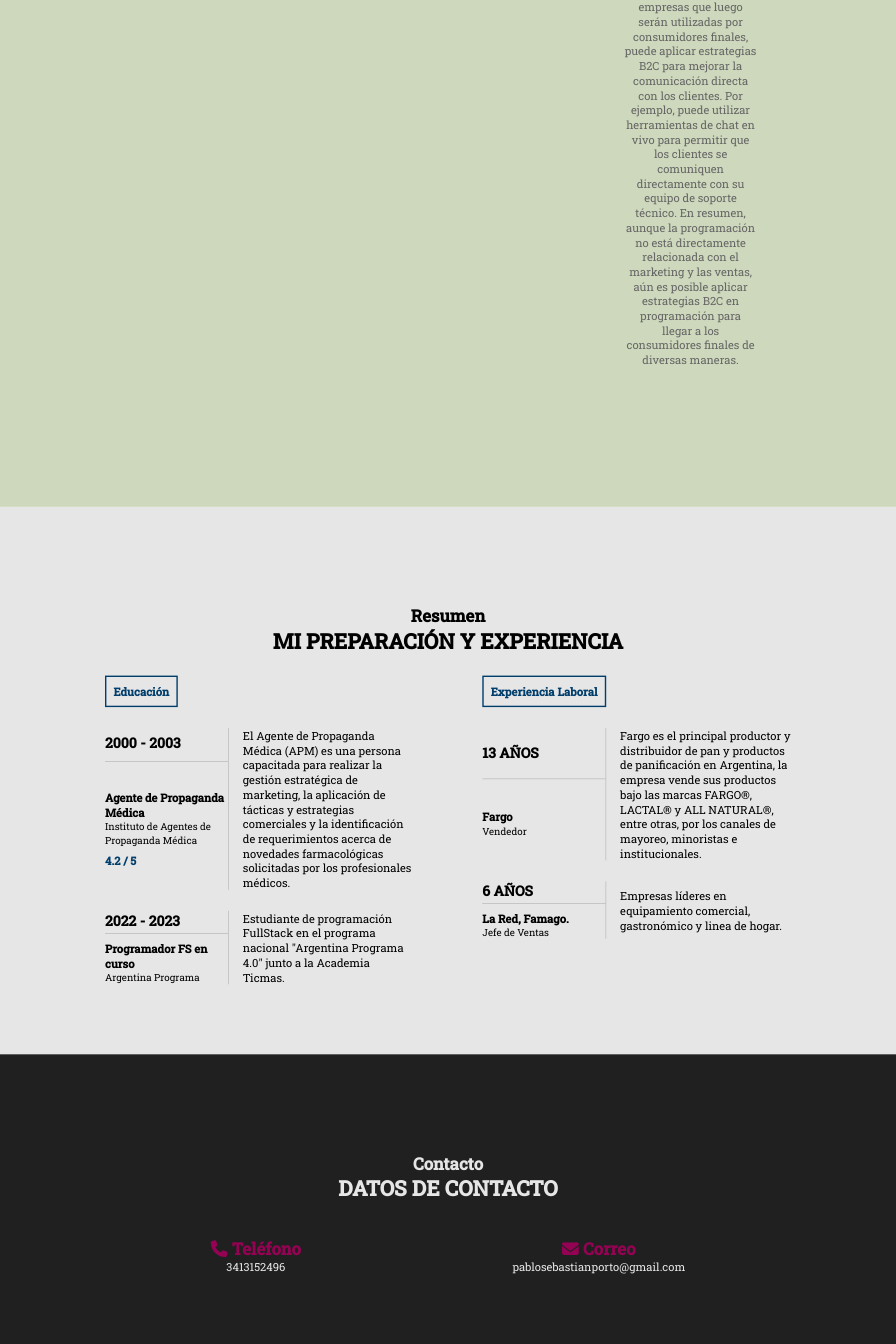
Repository: PabloSebastianPorto/Entrega-CV-1-ARG-PROG
Page: CVFINAL/CVfinal.HTML
An editor plug-in stored every save of this project. The page is shown before and after the next save, followed by the edit.
The browser window is 1280 px wide. The pictures show the part of the page from y = 2223 to 4143 px (the page is 4143 px tall), at 70% of full size.
Some web libraries are served in a nearby version.

Above is the page before, as saved 2023-02-28 12:20:21.

### CVFINAL/CVfinal.HTML
<!DOCTYPE html>
<html lang="es">
  <head>
    <meta charset="UTF-8" />
    <meta http-equiv="X-UA-Compatible" content="IE=edge" />
    <meta name="viewport" content="width=device-width, initial-scale=1.0" />
    <title>Document</title>
    <link
      rel="stylesheet"
      href="https://cdnjs.cloudflare.com/ajax/libs/font-awesome/6.3.0/css/all.min.css"
      integrity="sha512-SzlrxWUlpfuzQ+pcUCosxcglQRNAq/DZjVsC0lE40xsADsfeQoEypE+enwcOiGjk/bSuGGKHEyjSoQ1zVisanQ=="
      crossorigin="anonymous"
      referrerpolicy="no-referrer"
    />
    <link rel="stylesheet" href="CVfinal.css" />
    <title>CV Pablo Sebastián Porto</title>
  </head>
  <body>
    <section class="inicio" id="inicio">
      <div class="contenido-seccion">
        <header>
          <div class="nav-clas"></div>
          <i class="fa-solid fa-bars"></i>
          <nav id="nav" class="nav">
            <a href="#Inicio">Inicio</a>
            <a href="#Sobre Mí">Sobre Mí</a>
            <a href="#Historial">Historial Laboral</a>
            <a href="#Contacto">Contacto</a>
          </nav>
        </header>
        <div class="info">
          <h1>PABLO SEBASTIÁN PORTO</h1>
          <h2>
            Agente de Propaganda Médica, Vendedor Profesional, Desarrollador
            front-end JR
          </h2>
          <div class="redes">
            <a href="#"><i class="fa-brands fa-twitter"></i></a>
            <a href="#"><i class="fa-brands fa-facebook"></i></a>
            <a href="#"><i class="fa-brands fa-instagram"></i></a>
            <a href="#"><i class="fa-brands fa-twitch"></i></a>
            <a href="#"><i class="fa-brands fa-linkedin"></i></a>
          </div>
        </div>
        <div class="foto">
          <img
            src="IMG/CVfoto.jpg"
            alt="Aca va una imagen, pero se la robaron"
          />
        </div>
      </div>
    </section>
    <section class="sobremi" id="sobremi">
      <div class="contenido-seccion">
        <h2 class="titulo-seccion">Sobre Mí</h2>
        <h3>Datos Laborales</h3>
        <p class="especial">
          Asesor en ventas con mas de 20 años de experiencia en diferentes
          rubros.
        </p>
        <p>
          Me desarrolle como vendedor en empresas como Fargo, La Red
          Equipamiento, Famago, entre otras.
        </p>
        <div class="fila">
          <div class="col">
            <i class="fa-solid fa-user"></i>
            <span class="titulo-detalle">Perfil Comercial</span>
            <p>
              En mi caso, tengo un perfil comercial pero también he desarrollado
              habilidades en front-end, lo que me permite crear la parte visual
              y de interacción de un sitio web o aplicación móvil. Esta
              combinación de habilidades me ha permitido entender mejor las
              necesidades del negocio y los clientes, lo que puede guiar el
              diseño y la funcionalidad del producto de una manera más efectiva.
              Como profesional con experiencia en ventas y marketing, puedo
              entender las métricas de negocio y las necesidades del usuario
              final. Por lo tanto, puedo crear interfaces de usuario que estén
              diseñadas para satisfacer las necesidades específicas de los
              clientes y mejorar la experiencia del usuario. Por ejemplo, puedo
              diseñar una página de inicio atractiva y fácil de navegar que
              ayude a los visitantes a encontrar lo que están buscando de manera
              eficiente. En resumen, mi perfil comercial combinado con
              habilidades en front-end me permite ser un activo valioso para un
              equipo de desarrollo de software. Puedo aportar una comprensión
              profunda de las necesidades del cliente y del negocio a la
              creación de interfaces de usuario atractivas y efectivas que
              satisfagan los objetivos comerciales y las necesidades de los
              usuarios finales.
            </p>
          </div>
          <div class="col">
            <i class="fa-solid fa-flag"></i>
            <span class="titulo-detalle">Intereses y Objetivos</span>
            <p>
              Las estrategias B2C (Business to Consumer) son enfoques de
              marketing y ventas que se utilizan para llegar directamente a los
              consumidores finales. Aunque la programación no es un área
              tradicionalmente asociada con el marketing y las ventas, aún es
              posible aplicar estrategias B2C en programación de diversas
              maneras. Aquí hay algunas formas en que se pueden aplicar las
              estrategias B2C en programación: 1 - Desarrollo de aplicaciones
              para consumidores: si está desarrollando una aplicación para
              consumidores finales, puede aplicar estrategias B2C para llegar a
              su público objetivo. Por ejemplo, puede utilizar técnicas de
              marketing digital para promocionar su aplicación a través de
              anuncios en redes sociales y motores de búsqueda. 2 - Análisis de
              datos de los clientes: si está utilizando la programación para
              recopilar y analizar datos de los clientes, puede utilizar
              técnicas de segmentación de mercado para identificar patrones en
              los datos y personalizar su enfoque de marketing y ventas para
              cada segmento de clientes. 3 - Marketing de contenido: si está
              creando contenido relacionado con la programación, puede aplicar
              estrategias B2C para llegar a su audiencia objetivo. Por ejemplo,
              puede utilizar técnicas de SEO para optimizar su contenido para
              los motores de búsqueda y atraer a más consumidores finales. 4 -
              Comunicación directa con los clientes: si está desarrollando
              software o aplicaciones para empresas que luego serán utilizadas
              por consumidores finales, puede aplicar estrategias B2C para
              mejorar la comunicación directa con los clientes. Por ejemplo,
              puede utilizar herramientas de chat en vivo para permitir que los
              clientes se comuniquen directamente con su equipo de soporte
              técnico. En resumen, aunque la programación no está directamente
              relacionada con el marketing y las ventas, aún es posible aplicar
              estrategias B2C en programación para llegar a los consumidores
              finales de diversas maneras.
            </p>
          </div>
        </div>
      </div>
    </section>
    <section class="resumen" id="resumen">
      <div class="contenido-seccion">
        <h2 class="titulo-seccion">Resumen</h2>
        <h3>Mi preparación y experiencia</h3>
        <div class="info">
          <div class="col">
            <span class="titulo">Educación</span>
            <table>
              <tr>
                <td class="datos">
                  <h3>2000 - 2003</h3>
                </td>
                <td rowspan="2" class="descripcion">
                  El Agente de Propaganda Médica (APM) es una persona capacitada para realizar la gestión estratégica de marketing, la aplicación de tácticas y estrategias comerciales y la identificación de requerimientos acerca de novedades farmacológicas solicitadas por los profesionales médicos.
                </td>
              </tr>
              <tr>
                <td>
                  <h4>Agente de Propaganda Médica</h4>
                  <p>Instituto de Agentes de Propaganda Médica</p>
                  <span class="promedio">4.2 / 5</span>
                </td>
              </tr>
            </table>
            <table>
              <tr>
                <td class="datos">
                  <h3>2022 - 2023</h3>
                </td>
                <td rowspan="2" class="descripcion">
                  Estudiante de programación FullStack en el programa nacional "Argentina Programa 4.0" junto a la Academia Ticmas.
                </td>
              </tr>
              <tr>
                <td>
                  <h4>Programador FS en curso</h4>
                  <p>Argentina Programa</p>
                  </td>
              </tr>
            </table>
          </div>
          <div class="col">
            <span class="titulo">Experiencia Laboral</span>
            <table>
              <tr>
                <td class="datos">
                  <h3>13 Años</h3>
                </td>
                <td rowspan="2" class="descripcion">
                  Fargo es el principal productor y distribuidor de pan y productos de panificación en Argentina, la empresa vende sus productos bajo las marcas FARGO®, LACTAL® y ALL NATURAL®, entre otras, por los canales de mayoreo, minoristas e institucionales.
                </td>
              </tr>
              <tr>
                <td>
                  <h4>Fargo</h4>
                  <p>Vendedor</p>
                </td>
              </tr>
            </table>
            <table>
              <tr>
                <td class="datos">
                  <h3>6 Años</h3>
                </td>
                <td rowspan="2" class="descripcion">
                  Empresas líderes en equipamiento comercial, gastronómico y linea de hogar.
                </td>
              </tr>
              <tr>
                <td>
                  <h4>La Red, Famago.</h4>
                  <p>Jefe de Ventas</p>
                </td>
              </tr>
            </table>
          </div>
        </div>
      </div>
    </section>
    <section class="contacto" id="contacto">
      <div class="contenido-seccion">
        <h2 class="titulo-seccion">Contacto</h2>
        <h3>Datos de Contacto</h3>

        <div class="fila">
          <div class="col">
            <h2><i class="fa-solid fa-phone"></i> Teléfono</h2>
            <span class="info-contacto">3413152496</span>
          </div>
          <div class="col">
            <h2><i class="fa-solid fa-envelope"></i> Correo</h2>
            <span class="info-contacto">pablosebastianporto@gmail.com</span>
          </div>
         </div>
      </div>
    </section>
    </section>
  </body>
</html>

### CVFINAL/CVfinal.css
@import url("https://fonts.googleapis.com/css2?family=Roboto+Slab:wght@100;200;300;400;500&display=swap");
* {
  box-sizing: border-box;
  font-family: "Roboto Slab", serif;
  margin: 0;
  padding: 0;
}
html {
  box-sizing: border-box;
  font-family: "Roboto Slab", serif;
  margin: 0;
  padding: 0;
}
html {
  scroll-behavior: smooth;
}
.inicio {
  background: linear-gradient(rgba(0, 0, 0, 0.3), rgba(0, 0, 0, 0.3)),
    url(IMG/imagen-fondo.jpg);
  background-size: cover;
  background-position: center center;
  color: #ffffff;
}
.inicio .contenido-seccion {
  max-width: 1000px;
  margin: auto;
  text-align: center;
  padding: 0 10px;
}
.inicio .contenido-seccion header {
  padding: 30px;
}
.inicio .contenido-seccion header nav {
  background: #1e2326;
  position: fixed;
  width: 100%;
  top: 0;
  left: 0;
  z-index: 99;
  display: flex;
  justify-content: center;
}
.inicio .contenido-seccion header nav a {
  display: block;
  color: #ffffff;
  text-decoration: none;
  margin-bottom: 15px;
  margin-top: 15px;
  margin-right: 25px;
  font-weight: bold;
}
.inicio .contenido-seccion header nav a:hover {
  color: #ced8bc;
  transition: color 0.3s ease;
}
.inicio .contenido-seccion .info {
  padding-bottom: 130px;
}
.inicio .contenido-seccion .info h1 {
  font-size: 3rem;
  letter-spacing: 5px;
}
.inicio .contenido-seccion .info h2 {
  font-weight: normal;
  font-size: 20px;
  margin-top: -10px;
  letter-spacing: 2px;
}
.inicio .contenido-seccion .info .redes {
  margin: 20px 0;
}
.inicio .contenido-seccion .info .redes a {
  display: inline-block;
  text-decoration: none;
  background-color: #000;
  color: #ffffff;
  border: 2px solid #ffffff;
  border-radius: 50%;
  width: 40px;
  height: 40px;
  line-height: 40px;
  margin: 0 5px;
  transition: 0.3s;
}
.inicio .contenido-seccion .info .redes a:hover {
  color: #fff;
  background-color: #003e6c;
  box-shadow: 0 0 20px #fff;
}
.inicio .contenido-seccion .foto {
  position: relative;
}
.inicio .contenido-seccion .foto img {
  max-width: 350px;
  max-height: 350px;
  border-radius: 50%;
  border: 5px solid #003e6c;
  position: absolute;
  left: 50%;
  top: -100px;
  transform: translateX(-50%);
}
.sobremi {
  background-color: #ced8bc;
  padding: 200px 0 200px 0;
  text-align: center;
}
.sobremi .contenido-seccion {
  max-width: 3000px;
  margin: auto;
  padding: 0 10px;
}
.sobremi .contenido-seccion h3 {
  text-transform: uppercase;
  font-size: 30px;
}
.sobremi .contenido-seccion .especial {
  color: #003e6c;
  font-weight: bold;
  margin-top: 15px;
}
.sobremi .contenido-seccion p {
  max-width: 1000px;
  margin: auto;
  color: #666;
  padding-left: 5cm;
  padding-right: 5cm;
}
.sobremi .contenido-seccion .fila {
  display: flex;
  margin-top: 40px;
  justify-content: space-between;
}
.sobremi .contenido-seccion .fila .col {
  width: 45%;
}
.sobremi .contenido-seccion .fila .col i {
  color: #003e6c;
  display: inline-block;
  width: 40px;
  height: 40px;
  border: 2px solid #003e6c;
  line-height: 40px;
  border-radius: 50%;
}
.sobremi .contenido-seccion .fila .col span {
  display: block;
  font-weight: bold;
  margin: 8px 0;
}
.resumen {
  background-color: #e6e6e6;
  padding: 140px 0 100px 0;
  text-align: center;
}
.resumen .contenido-seccion {
  max-width: 1000px;
  margin: auto;
  padding: 0 10px;
}
.resumen .contenido-seccion h3 {
  text-transform: uppercase;
  font-size: 30px;
}
.resumen .contenido-seccion .info {
  text-align: left;
  display: flex;
  justify-content: space-between;
  margin-top: 30px;
}
.resumen .contenido-seccion .info .col {
  width: 45%;
}
.resumen .contenido-seccion .info .col .titulo {
  display: inline-block;
  color: #003e6c;
  font-weight: bold;
  border: 2px solid #003e6c;
  padding: 10px;
}
.resumen .contenido-seccion .info .col table {
  margin-top: 30px;
  border-collapse: collapse;
}
.resumen .contenido-seccion .info .col table .datos {
  width: 40%;
  border-bottom: 1px solid #bab9b9;
}
.resumen .contenido-seccion .info .col table h4 {
  margin-top: 10px;
}
.resumen .contenido-seccion .info .col table h3 {
  font-size: 20px;
  margin-bottom: 5px;
}
.resumen .contenido-seccion .info .col table p {
  font-size: 14px;
}
.resumen .contenido-seccion .info .col table .promedio {
  display: block;
  color: #003e6c;
  margin-top: 10px;
  font-weight: bold;
}
.resumen .contenido-seccion .info .col table .descripcion {
  border-left: 1px solid #bab9b9;
  padding-left: 20px;
}
.contacto {
  background-color: #202020;
  padding: 140px 0 100px 0;
  color: #e6e6e6;
  text-align: center;
}
.contacto .contenido-seccion {
  max-width: 1000px;
  margin: auto;
  padding: 0 10px;
}
.contacto .contenido-seccion h3 {
  text-transform: uppercase;
  font-size: 30px;
}
.contacto .contenido-seccion .fila {
  display: flex;
  justify-content: space-around;
}
.contacto .contenido-seccion .fila .col {
  margin-top: 50px;
}
.contacto .contenido-seccion .fila .col h2 {
  color: #940253;
}
/* SECCION RESPONSIVE */
@media screen and (max-width: 800px) {
  .habilidades .contenido-seccion .fila {
    display: block;
  }
  .habilidades .contenido-seccion .fila .col {
    width: 100%;
    text-align: center;
  }
  .habilidades .contenido-seccion .fila .col .cont-barra {
    justify-content: center;
  }
  .sobremi .contenido-seccion .fila {
    display: block;
  }
  .sobremi .contenido-seccion .fila .col {
    width: 80%;
    margin: auto;
    margin-top: 20px;
  }
  .resumen .contenido-seccion .info {
    display: block;
  }
  .resumen .contenido-seccion .info .col {
    width: 90%;
    margin: auto;
  }
  .resumen .contenido-seccion .info .col .titulo {
    display: block;
    text-align: center;
  }
  .resumen .contenido-seccion .info .col table {
    margin-top: 10px;
    margin-bottom: 30px;
  }
  .contacto .contenido-seccion .fila {
    display: block;
  }
}

After the next save:
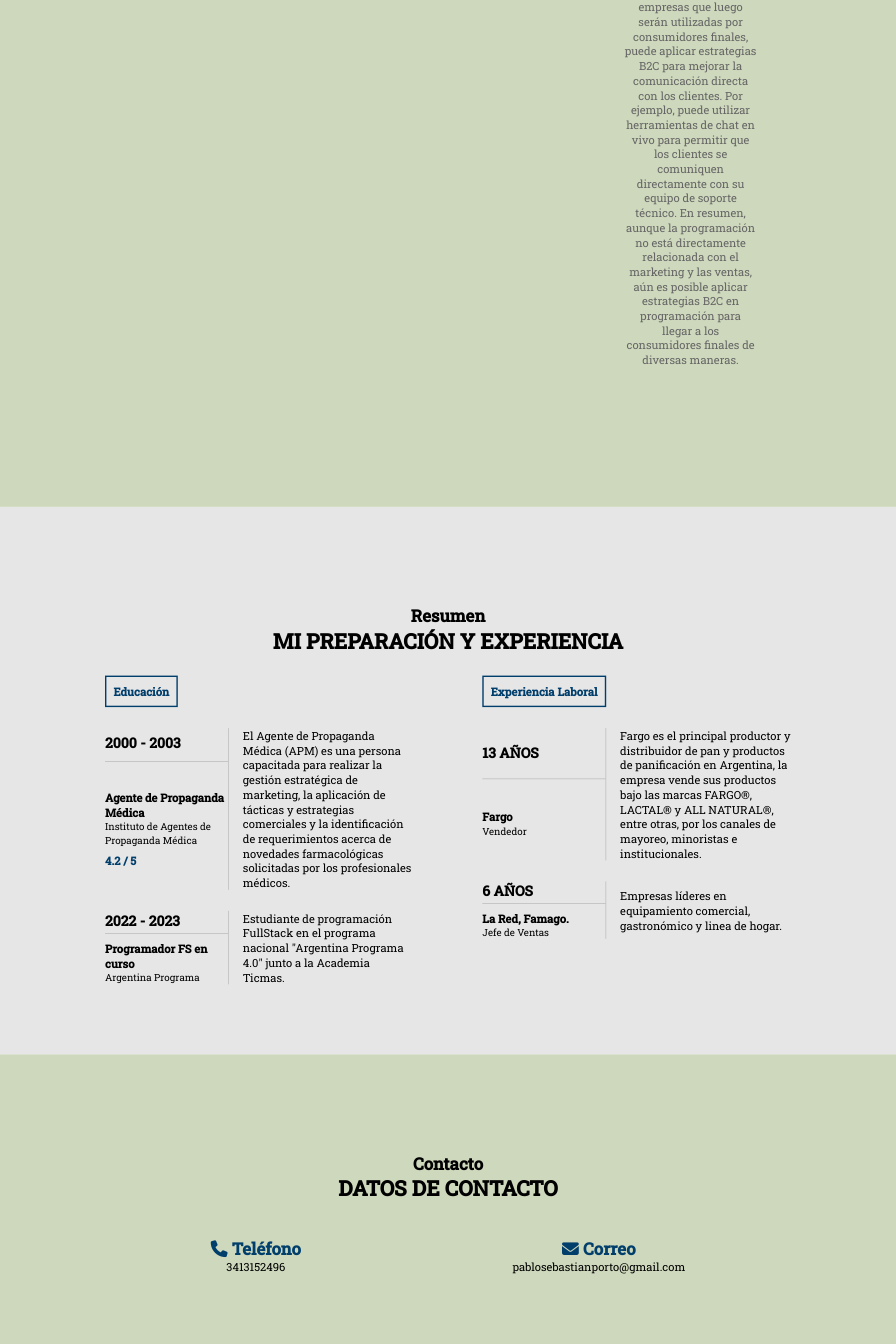
Saved 2 min 28 s later.
--- a/CVFINAL/CVfinal.css
+++ b/CVFINAL/CVfinal.css
@@ -207,9 +207,9 @@ html {
   padding-left: 20px;
 }
 .contacto {
-  background-color: #202020;
+  background-color: #ced8bc;
   padding: 140px 0 100px 0;
-  color: #e6e6e6;
+  color: #000000;
   text-align: center;
 }
 .contacto .contenido-seccion {
@@ -229,9 +229,8 @@ html {
   margin-top: 50px;
 }
 .contacto .contenido-seccion .fila .col h2 {
-  color: #940253;
-}
-/* SECCION RESPONSIVE */
+  color: #003e6c;
+}
 @media screen and (max-width: 800px) {
   .habilidades .contenido-seccion .fila {
     display: block;
